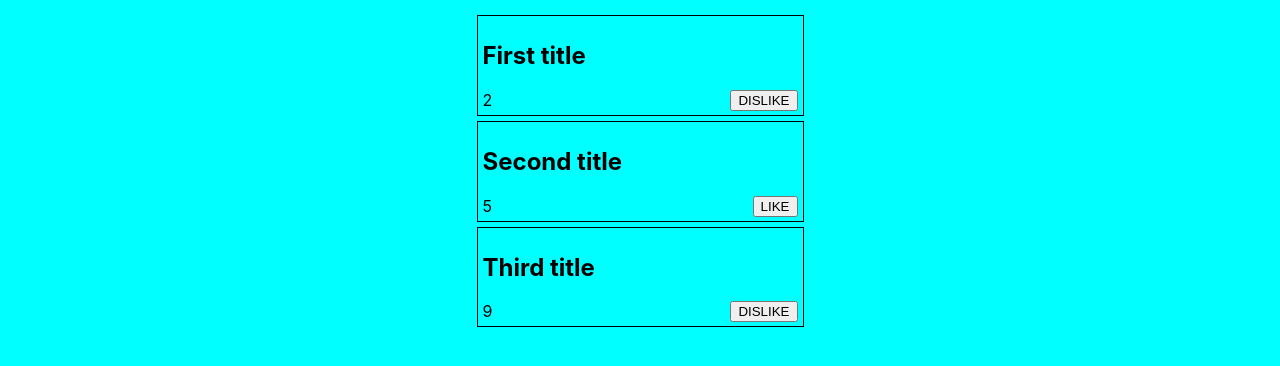
Repository: asapvtec98/egzamin
Page: /
These files come from the project's save history. The page is drawn as it stood at one moment and after the next save; the edit follows.
The browser window is 1280 px wide. The pictures show the whole page.
The project was rebuilt for these pictures with package versions that can differ from the ones it lists, and the page was loaded fresh each time.

Above is the page before, as saved 2023-11-14 14:33:28.

### src/App.js
import React from "react";
import Komentarz from "./components/Comment";
import "./App.css";
function App() {
  const comments = [
    {
      title: "First title",
      likes: 2,
      isClicked: true
    },
    {
      title: "Second title",
      likes: 5,
      isClicked: false
    },
    {
      title: "Third title",
      likes: 9,
      isClicked: true
    }
  ]

  const displayComments = comments.map((comment) =>
      <div className="Comment">
        <Komentarz title={comment.title} likes={comment.likes} isClicked={comment.isClicked}></Komentarz>
      </div>
  )

  return (
      <div className="App">
        {displayComments}
      </div>
  )
}

export default App;

### src/components/Comment.js
import React, { useState } from "react";
import "./Comment.css";

function Komentarz(props) {
    const [isClicked, setLike] = useState(props.isClicked);
    const [count, setCount] = useState(parseInt(props.likes));

    let handleLikes = () => {
        if(!isClicked) {
            setCount(count + 1);
            setLike(true);

        } else {
            setCount(count - 1);
            setLike(false);

        }


    };

    return(
        <div className="comment">
            <h2>{props.title}</h2>
            <div>
                    <p className="inline" >{count}</p>
                    <button type="button" onClick={handleLikes}>{isClicked ? 'DISLIKE' : 'LIKE'}</button>
            </div>
        </div>
    )

}
export default Komentarz;

### src/App.css
body {
  background-color: aqua;
}

.App {
  width: auto;
  padding: 10px;
}

### src/components/Comment.css
.comment {
    border: 1px solid black;
    background-color:aqua;
    margin: auto;
    margin-top: 5px;
    margin-bottom: 5px;
    width: 25%;
    padding: 5px;

}


.inline {
    display: inline;
}

button {
    float: right;
}

Loaded but not shown: public/index.html (common file); src/index.js (common file); src/index.css (common file); src/reportWebVitals.js (common file)

After the next save:
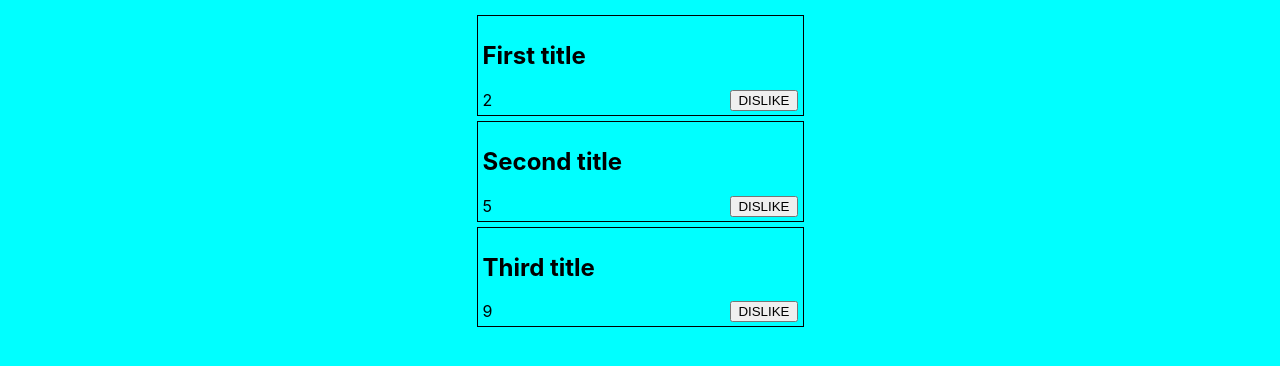
Saved 23 s later.
--- a/src/App.js
+++ b/src/App.js
@@ -11,7 +11,7 @@ function App() {
     {
       title: "Second title",
       likes: 5,
-      isClicked: false
+      isClicked: true
     },
     {
       title: "Third title",
